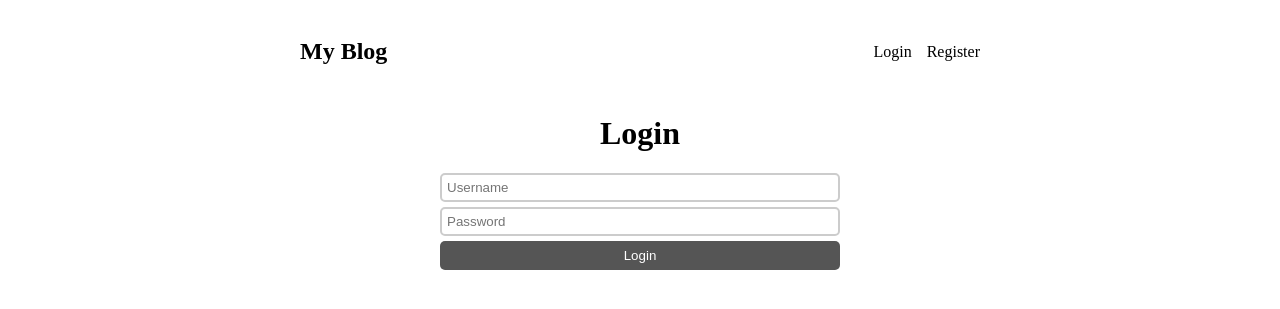
Repository: AtenaHatta/blog-app
Page: /login (app in client/vite-project/)
These files come from the project's save history. The page is drawn as it stood at one moment and after the next save; the edit follows.
The browser window is 1280 px wide. The pictures show the whole page.
The project was rebuilt for these pictures with package versions that can differ from the ones it lists, and the page was loaded fresh each time. Also part of the build but not shown: client/vite-project/src/Post.jsx, client/vite-project/src/pages/IndexPage.jsx, client/vite-project/src/pages/RegisterPage.jsx, client/vite-project/src/index.css.

Above is the page before, as saved 2023-05-24 00:13:06.

After the next save:
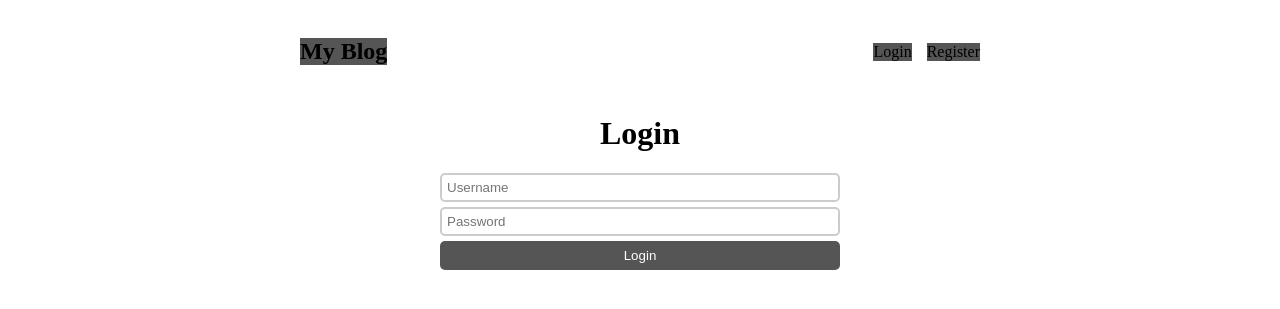
Saved 12 s later.
--- a/client/vite-project/src/App.css
+++ b/client/vite-project/src/App.css
@@ -101,6 +101,8 @@
 }
 
 a{
-  color: #555;
+  color: #fffefe;
   text-decoration: none;
+  background-color: #555;
+
 }

After the save that followed:
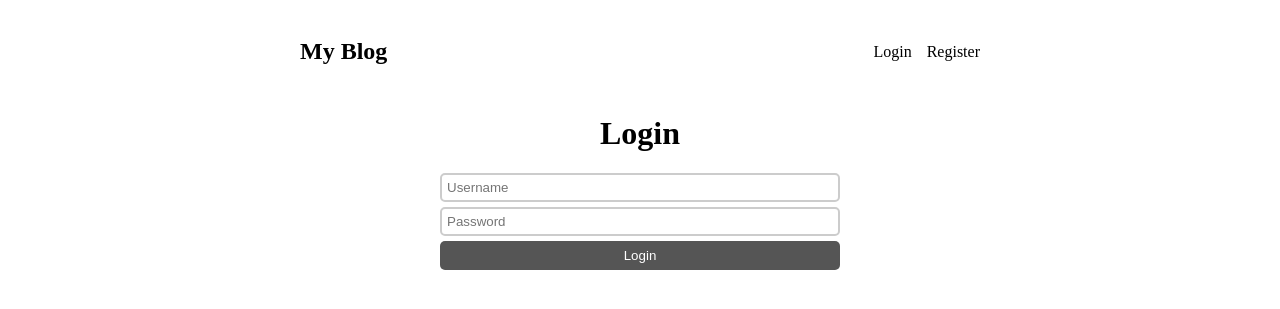
Saved 32 s later.
--- a/client/vite-project/src/App.css
+++ b/client/vite-project/src/App.css
@@ -100,7 +100,7 @@
   text-align:  center;
 }
 
-a{
+.homeBtn{
   color: #fffefe;
   text-decoration: none;
   background-color: #555;
